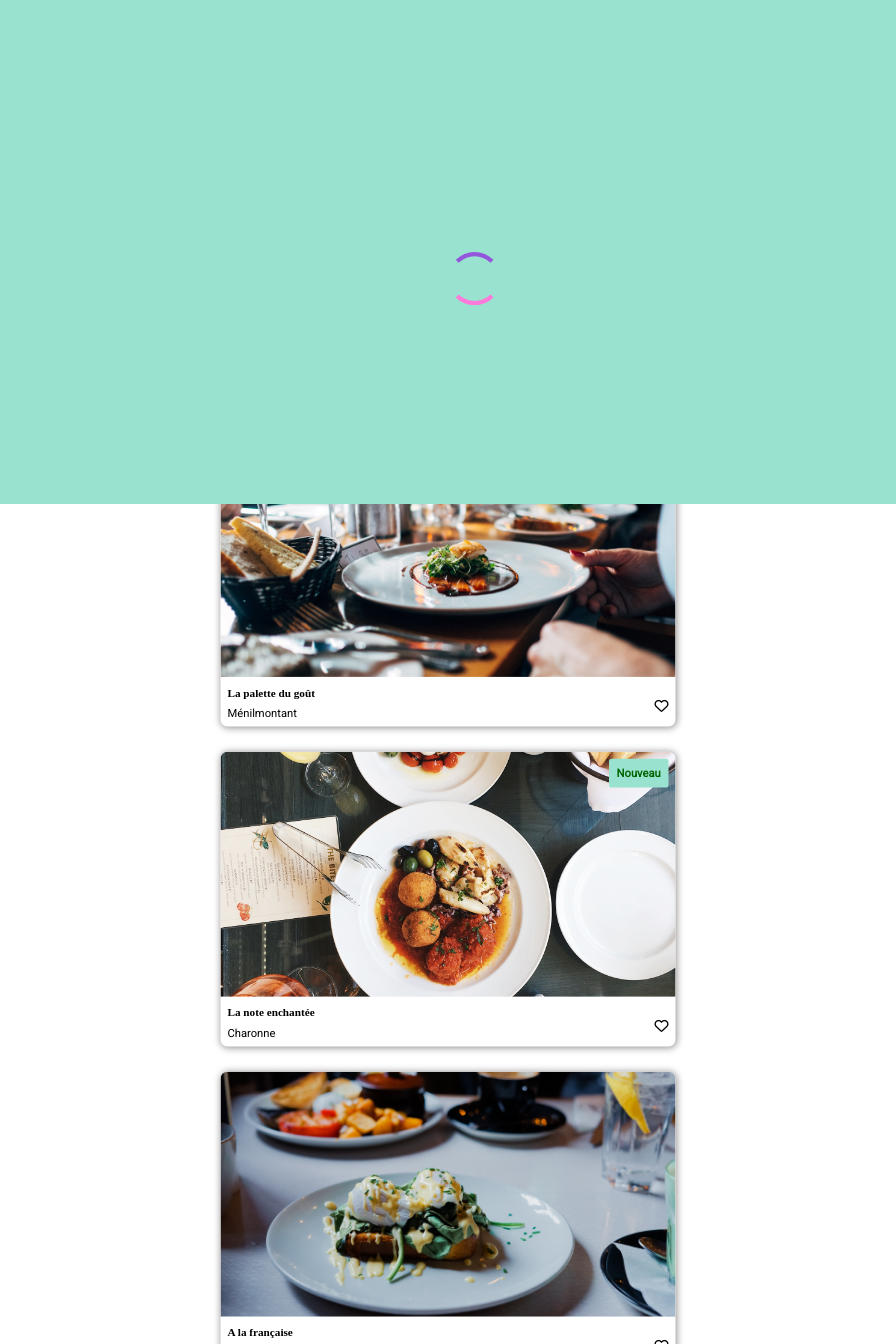
Repository: Micka-17/boimickael_3_16042021
Page: index.html
An editor plug-in stored every save of this project. The page is shown before and after the next save, followed by the edit.
The browser window is 1280 px wide. The pictures show the part of the page from y = 0 to 1920 px (the page is 2618 px tall), at 70% of full size.
Some web fonts or font styles are not loaded; a fallback is used. Some web libraries are served in a nearby version. The style sheet was rebuilt from its Sass, Less or Tailwind sources for each picture, by a compiler version that may differ from the author's.

Above is the page before, as saved 2021-05-26 10:48:30.

After the next save:
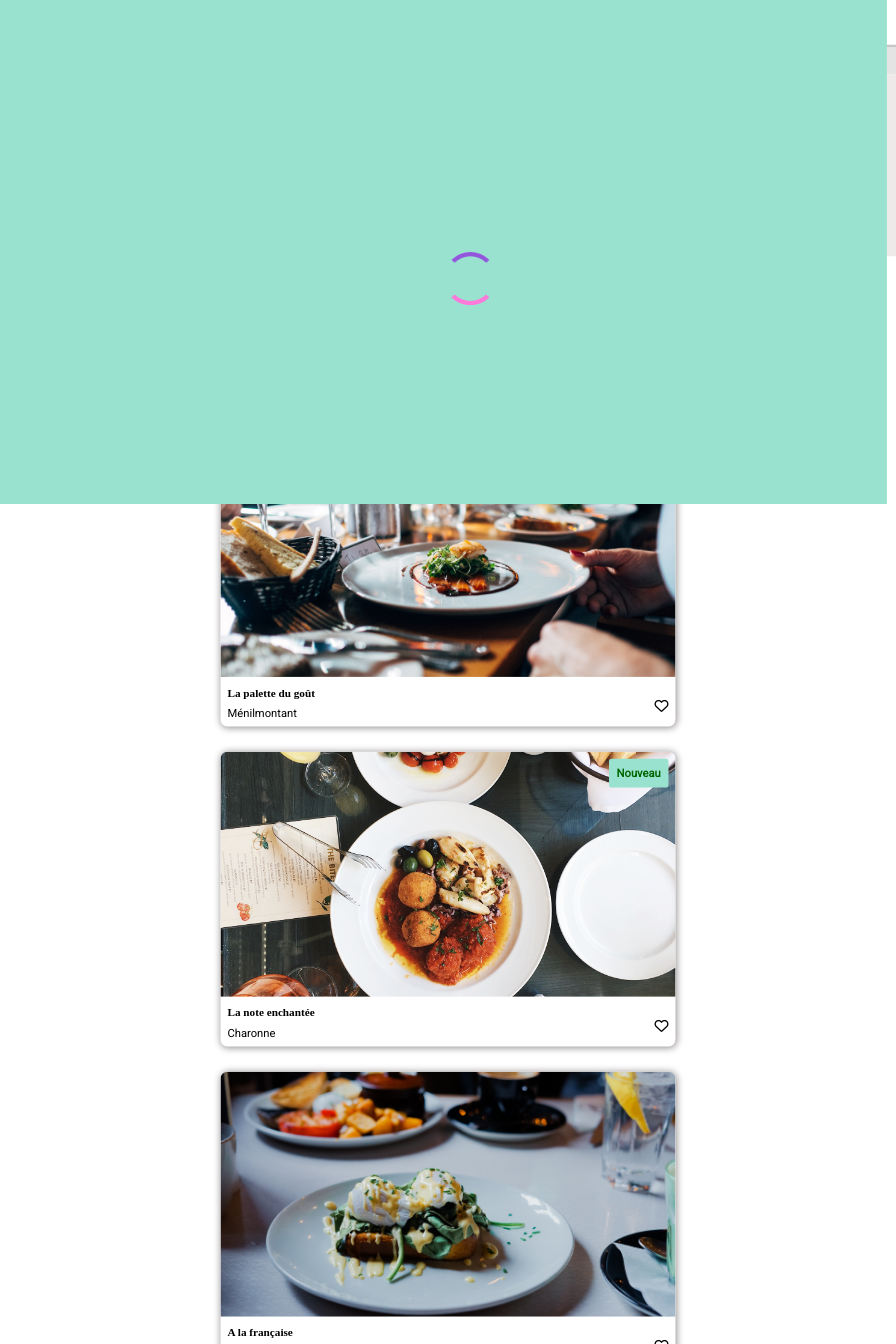
Saved 13 s later.
--- a/sass/style.scss
+++ b/sass/style.scss
@@ -21,7 +21,7 @@
     top: 0;
     left: 0;
     background-color: $color3;
-    min-width: 100%;
+    min-width: 99%;
     height: 100%;
     animation: loader2 33s;
     animation-fill-mode: both;
